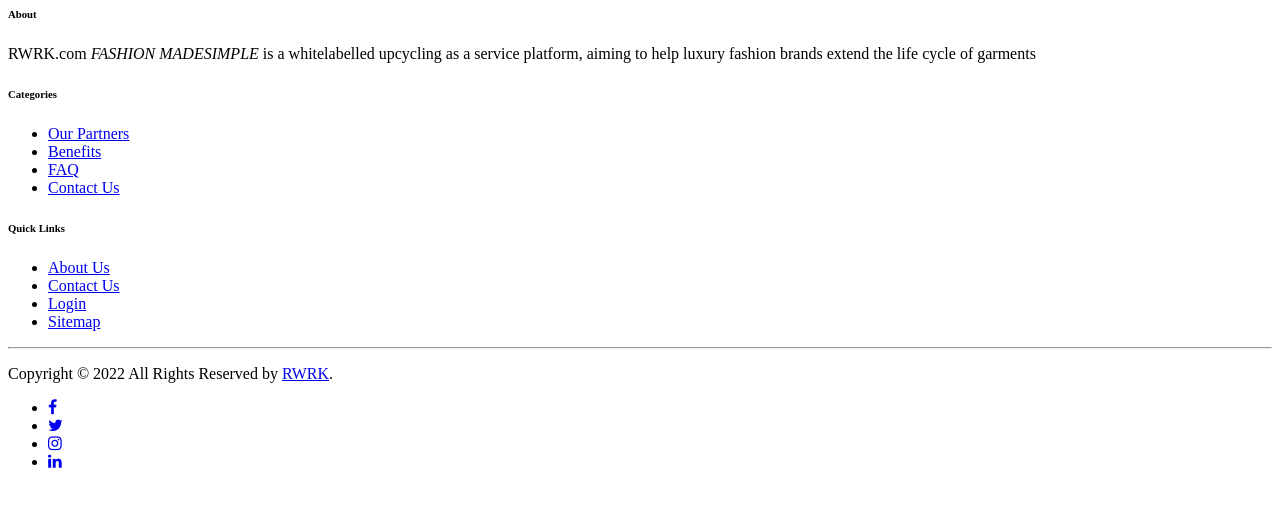
Repository: undeaDD/RWRK
Page: assets/parts/footer.html
An editor plug-in stored every save of this project. The page is shown before and after the next save, followed by the edit.
The browser window is 1280 px wide. The pictures show the whole page.

Above is the page before, as saved 2022-04-24 13:37:00.

After the next save:
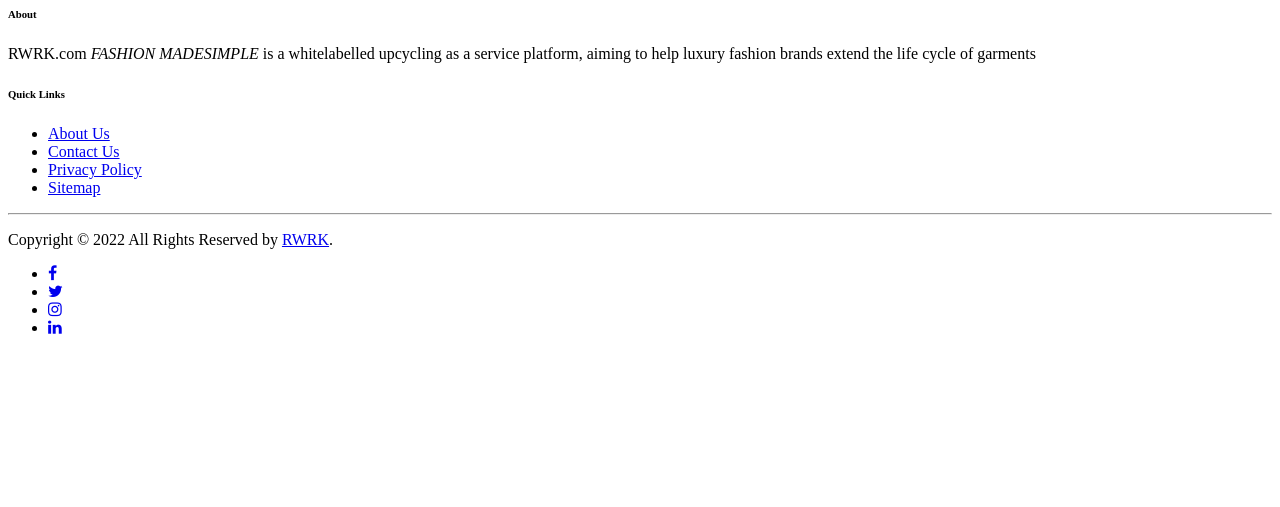
Saved 4 days later.
--- a/assets/parts/footer.html
+++ b/assets/parts/footer.html
@@ -9,22 +9,14 @@
               <p class="text-justify">RWRK.com <i>FASHION MADESIMPLE </i> is a whitelabelled upcycling as a service platform, aiming to help luxury fashion brands extend the life cycle of garments</p>
             </div>
 
-            <div class="col-xs-6 col-md-3">
-              <h6>Categories</h6>
-              <ul class="footer-links">
-                <li><a href="http://scanfcode.com/category/c-language/">Our Partners</a></li>
-                <li><a href="http://scanfcode.com/category/front-end-development/">Benefits</a></li>
-                <li><a href="http://scanfcode.com/category/back-end-development/">FAQ</a></li>
-                <li><a href="http://scanfcode.com/category/java-programming-language/">Contact Us</a></li>
-              </ul>
-            </div>
+
 
             <div class="col-xs-6 col-md-3">
               <h6>Quick Links</h6>
               <ul class="footer-links">
                 <li><a href="http://scanfcode.com/about/">About Us</a></li>
                 <li><a href="http://scanfcode.com/contact/">Contact Us</a></li>
-                <li><a href="http://scanfcode.com/contribute-at-scanfcode/">Login</a></li>
+                <li><a href="http://scanfcode.com/contribute-at-scanfcode/">Privacy Policy</a></li>
                 <li><a href="http://scanfcode.com/sitemap/">Sitemap</a></li>
               </ul>
             </div>
